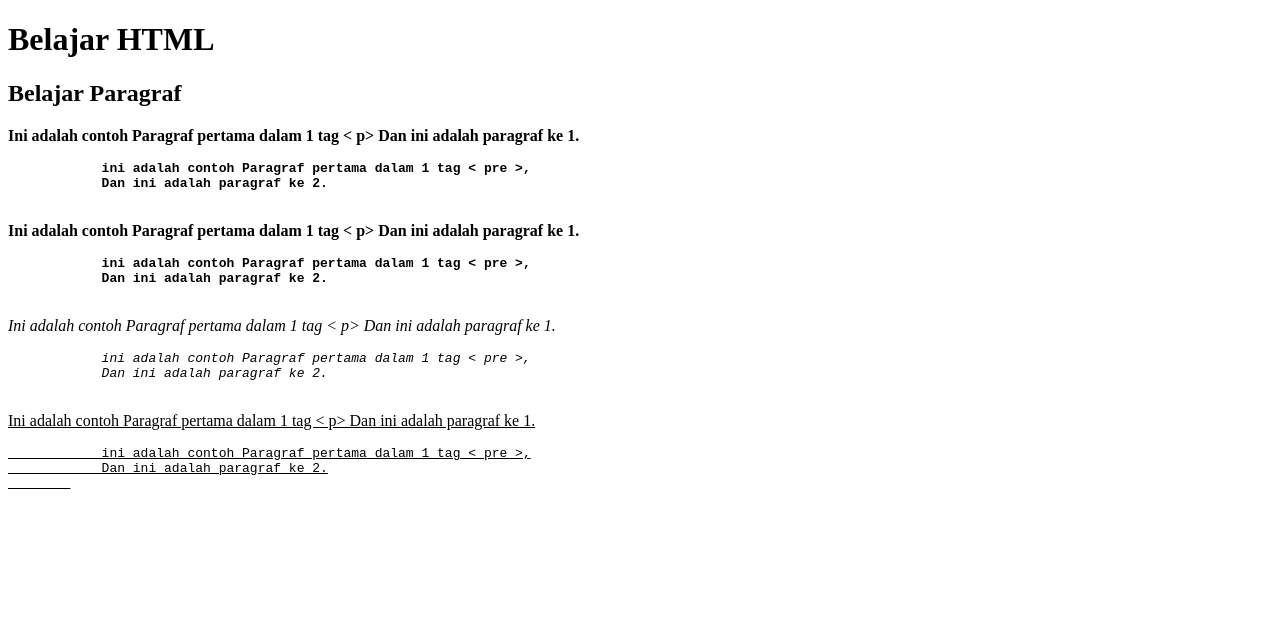
Repository: Gibekkk/WebPro
Page: Tugas HTML 1/index.html
The author's editor kept a copy of each file at every save. The page is drawn from the files as they stood at one save, then again after the next save.
The browser window is 1280 px wide. The pictures show the whole page.

Above is the page before, as saved 2024-03-25 09:49:20.

### Tugas HTML 1/index.html
<!DOCTYPE html>
<html lang="en">

<head>
    <meta charset="UTF-8">
    <meta name="viewport" content="width=device-width, initial-scale=1.0">
    <title>Document</title>
</head>

<body>
    <b>
        <h1>Belajar HTML</h1>
        <h2>Belajar Paragraf</h2>
        <p>Ini adalah contoh Paragraf pertama dalam 1 tag
            < p> Dan ini adalah paragraf ke 1.</p>
        <pre>
            ini adalah contoh Paragraf pertama dalam 1 tag < pre >,
            Dan ini adalah paragraf ke 2.
        </pre>
    </b>
    <strong>
    <p>Ini adalah contoh Paragraf pertama dalam 1 tag
        < p> Dan ini adalah paragraf ke 1.</p>
    <pre>
            ini adalah contoh Paragraf pertama dalam 1 tag < pre >,
            Dan ini adalah paragraf ke 2.
        </pre>
    </strong>
    <i>
    <p>Ini adalah contoh Paragraf pertama dalam 1 tag
        < p> Dan ini adalah paragraf ke 1.</p>
    <pre>
            ini adalah contoh Paragraf pertama dalam 1 tag < pre >,
            Dan ini adalah paragraf ke 2.
        </pre>
    </i>
    <ins>
    <p>Ini adalah contoh Paragraf pertama dalam 1 tag
        < p> Dan ini adalah paragraf ke 1.</p>
    <pre>
            ini adalah contoh Paragraf pertama dalam 1 tag < pre >,
            Dan ini adalah paragraf ke 2.
        </pre>
    </ins>
</body>

</html>

After the next save:
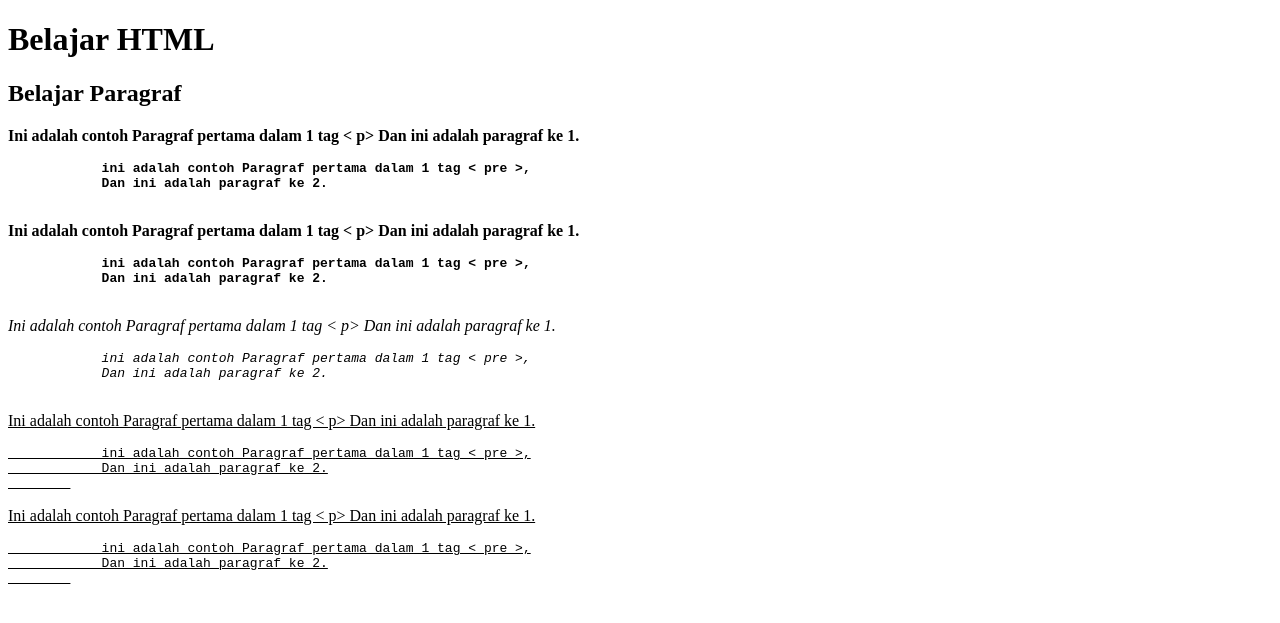
Saved 13 s later.
--- a/Tugas HTML 1/index.html
+++ b/Tugas HTML 1/index.html
@@ -42,6 +42,14 @@
             Dan ini adalah paragraf ke 2.
         </pre>
     </ins>
+    <ins>
+    <p>Ini adalah contoh Paragraf pertama dalam 1 tag
+        < p> Dan ini adalah paragraf ke 1.</p>
+    <pre>
+            ini adalah contoh Paragraf pertama dalam 1 tag < pre >,
+            Dan ini adalah paragraf ke 2.
+        </pre>
+    </ins>
 </body>
 
 </html>
